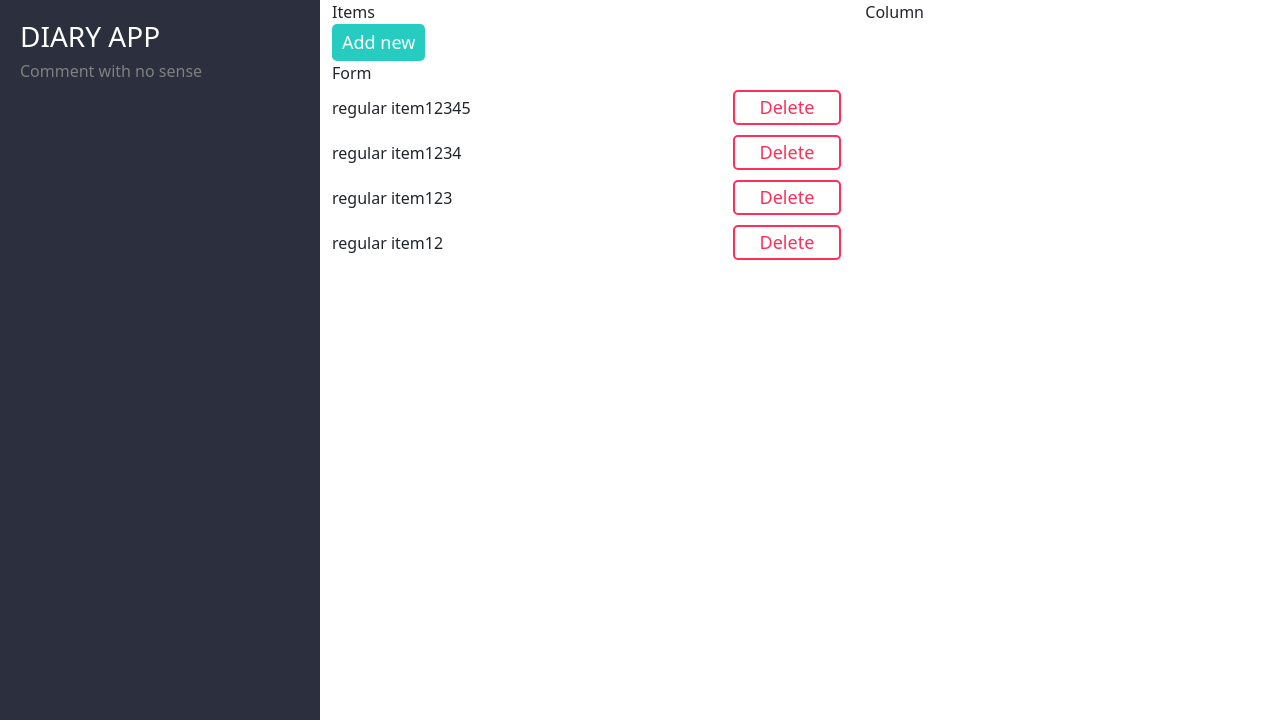
Repository: tsydikov/diary
Page: /
An editor plug-in stored every save of this project. The page is shown before and after the next save, followed by the edit.
The browser window is 1280 px wide. The pictures show the whole page.
The project was rebuilt for these pictures with package versions that can differ from the ones it lists, and the page was loaded fresh each time.

Above is the page before, as saved 2021-09-10 20:02:11.

After the next save:
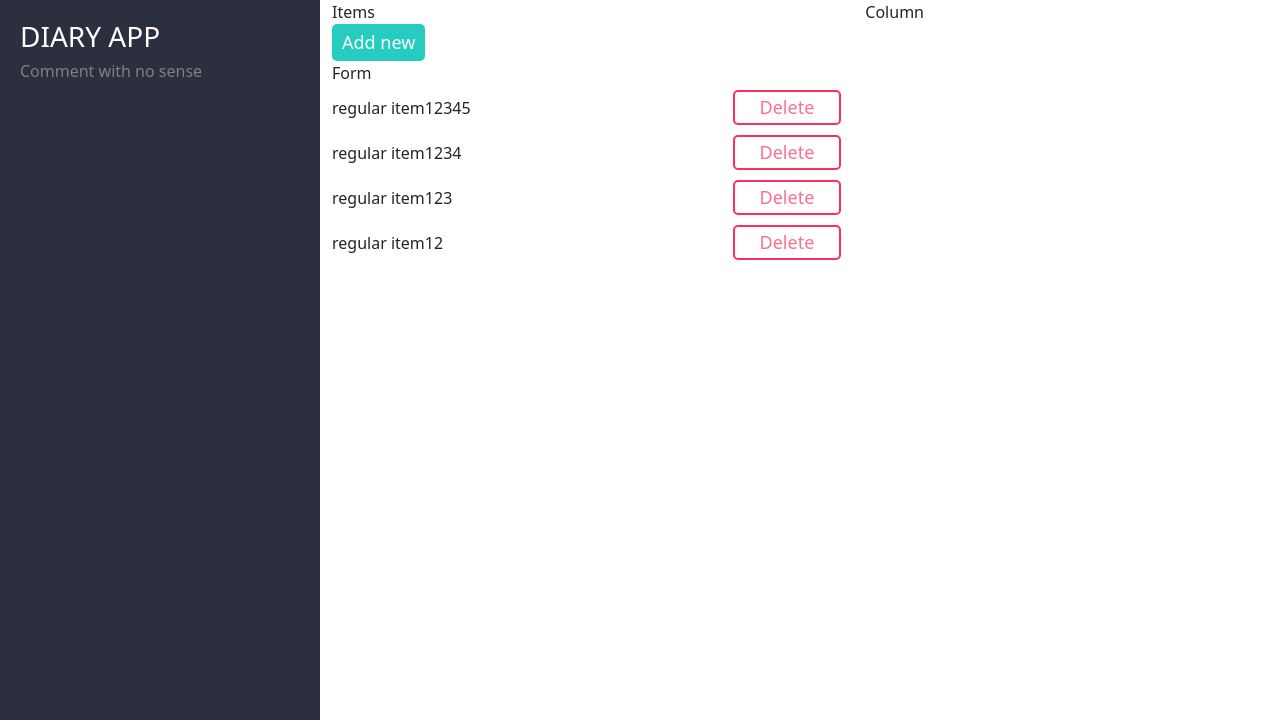
Saved 43 s later.
--- a/src/UI/Buttons/Button.module.css
+++ b/src/UI/Buttons/Button.module.css
@@ -12,7 +12,7 @@
 }
 .BtnDel {
     padding: 2px 25px;
-    color: #ff2f5a;
+    color: #fb718d;
     font-size: 18px;
     border: 2px solid #ff2f5a;
     cursor: pointer;
